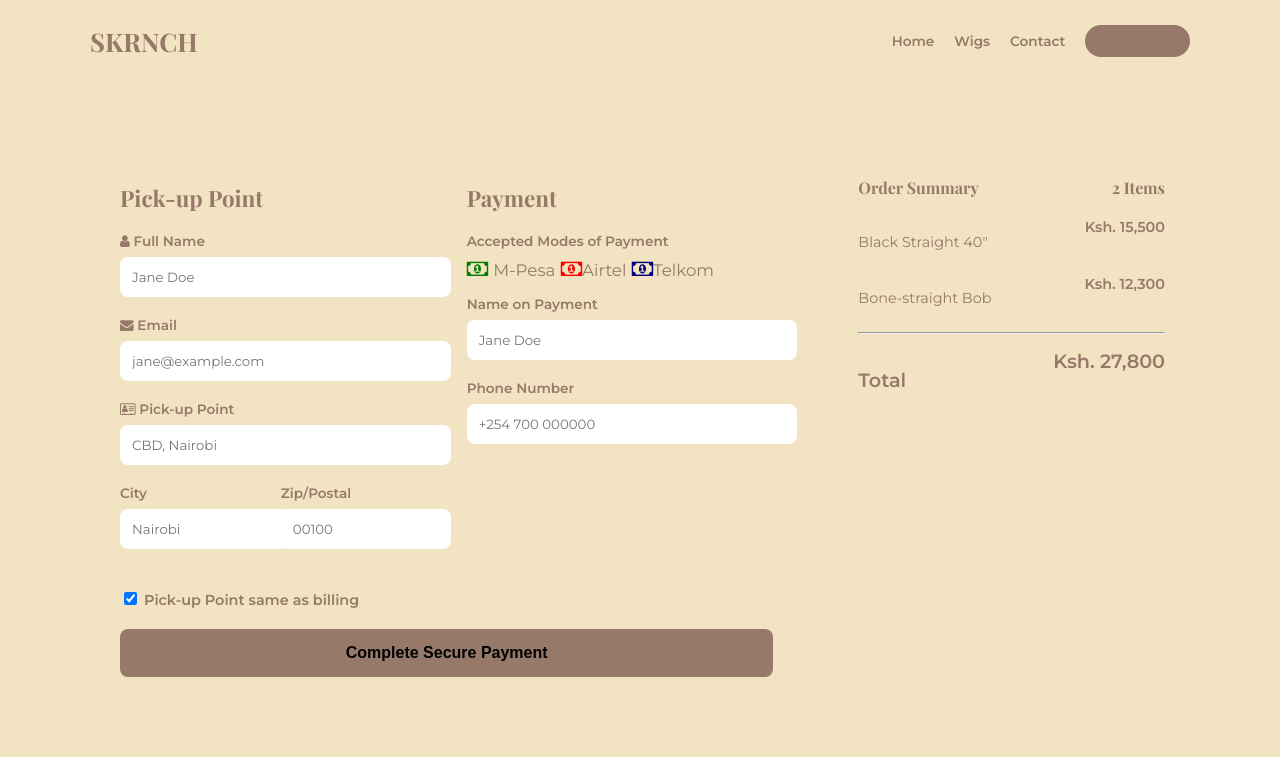
Repository: ndirituart/Portfolio
Page: paymentpage.html
The author's editor kept a copy of each file at every save. The page is drawn from the files as they stood at one save, then again after a run of saves.
The browser window is 1280 px wide. The pictures show the whole page.
Some web fonts or font styles are not loaded; a fallback is used.

Above is the page before, as saved 2026-02-04 13:51:12.

After the next 2 saves:
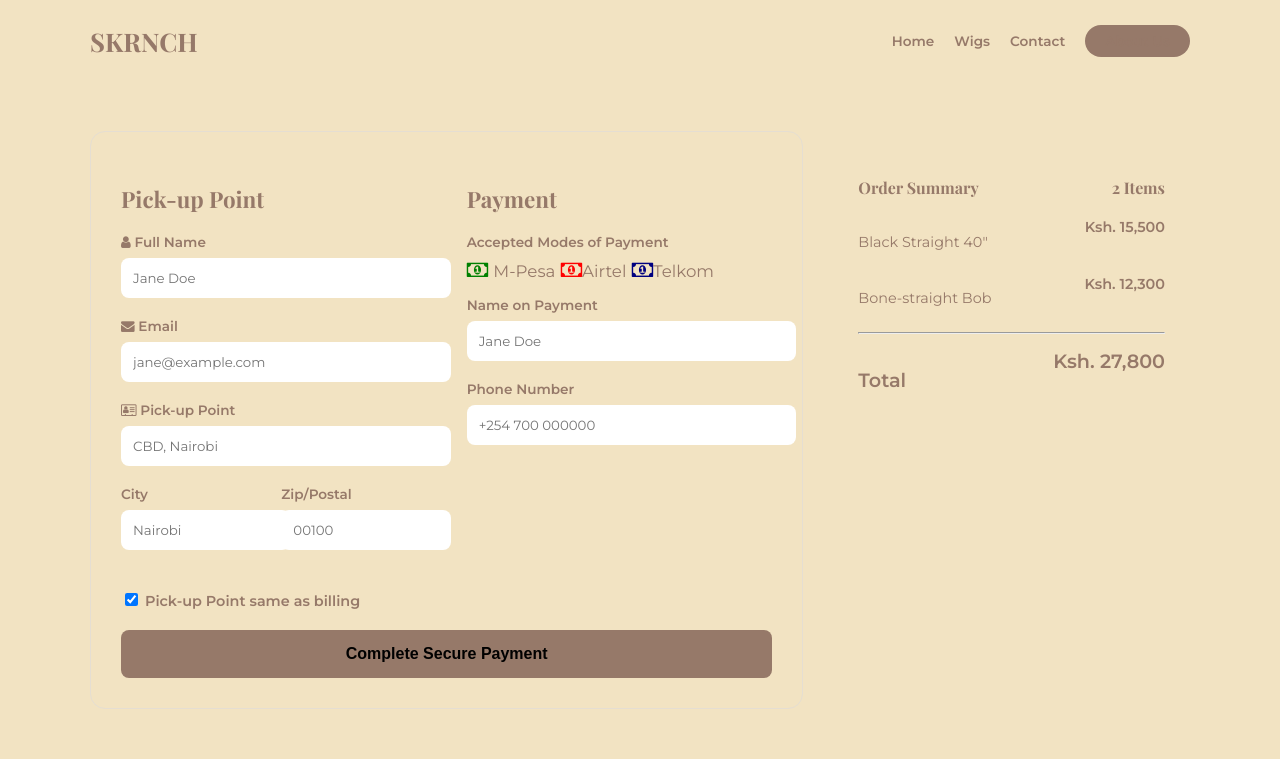
The 2 saves are shown as one change because they came seconds apart.
The last was saved 9 s later.
--- a/paymentpage.html
+++ b/paymentpage.html
@@ -182,10 +182,10 @@
         }
 
         .checkout-form-container {
-            background: cream;
+            background: var(--cream);
             padding: 30px;
             border-radius: 15px;
-            border: 1px solid var(--pink);
+            border: 1px solid var(--sand);
         }
 
         .form-row {
